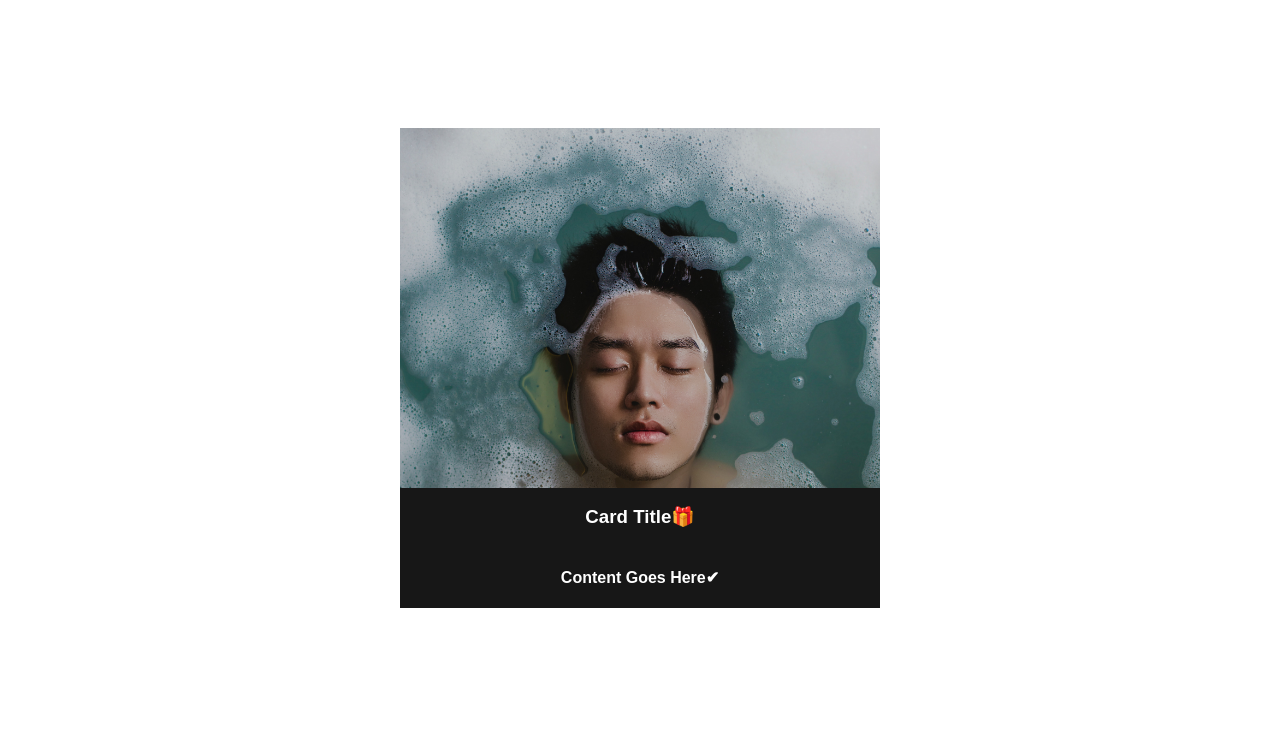
Repository: DevMike1993/100_Projects_HTML_CSS_JAVASCRIPT
Page: 07_Creative_Image_Hover_Effect/02_Effect/index.html
The author's editor kept a copy of each file at every save. The page is drawn from the files as they stood at one save, then again after a run of saves.
The browser window is 1280 px wide. The pictures show the whole page.
The pointer rests on the first visible `.container`.

Above is the page before, as saved 2023-11-30 12:05:26.

### 07_Creative_Image_Hover_Effect/02_Effect/index.html
<!DOCTYPE html>
<html lang="en">
<head>
    <meta charset="UTF-8">
    <meta name="viewport" content="width=device-width, initial-scale=1.0">
    <link rel="stylesheet" href="style.css">
    <title>Effect_02</title>
</head>
<body>
    <section class="container">
        <img src="hisu-lee-2qvxIr_DXGo-unsplash.jpg" />
        <article class="content">
            <h1>Card Title🎁</h1>
            <h4>Content Goes Here✔</h4>
        </article>
    </section>
</body>
</html>

### 07_Creative_Image_Hover_Effect/02_Effect/style.css
body {
    height: 100vh;
    display: flex;
    justify-content: center;
    align-items: center;
    font-family: sans-serif;
}

.container {
    width: 30rem;
    height: 30rem;
    position: relative;
    overflow: hidden;
}

.container img {
    width: 100%;
    transition: all 0.5s;
}

.content {
    position: absolute;
    bottom: 0;
    left: 0;
    height: 25%;
    width: 100%;
    /* center the content */
    display: flex;
    flex-direction: column;
    justify-content: center;
    align-items: center;
    color: #fff;
    transition: all 0.5s;
    background: rgb(23, 23, 23);
    transform: translateY(100%);
}

.container:hover .content {
    transform: translateY(0%);
}

.container:hover img {

}

After the next 3 saves:
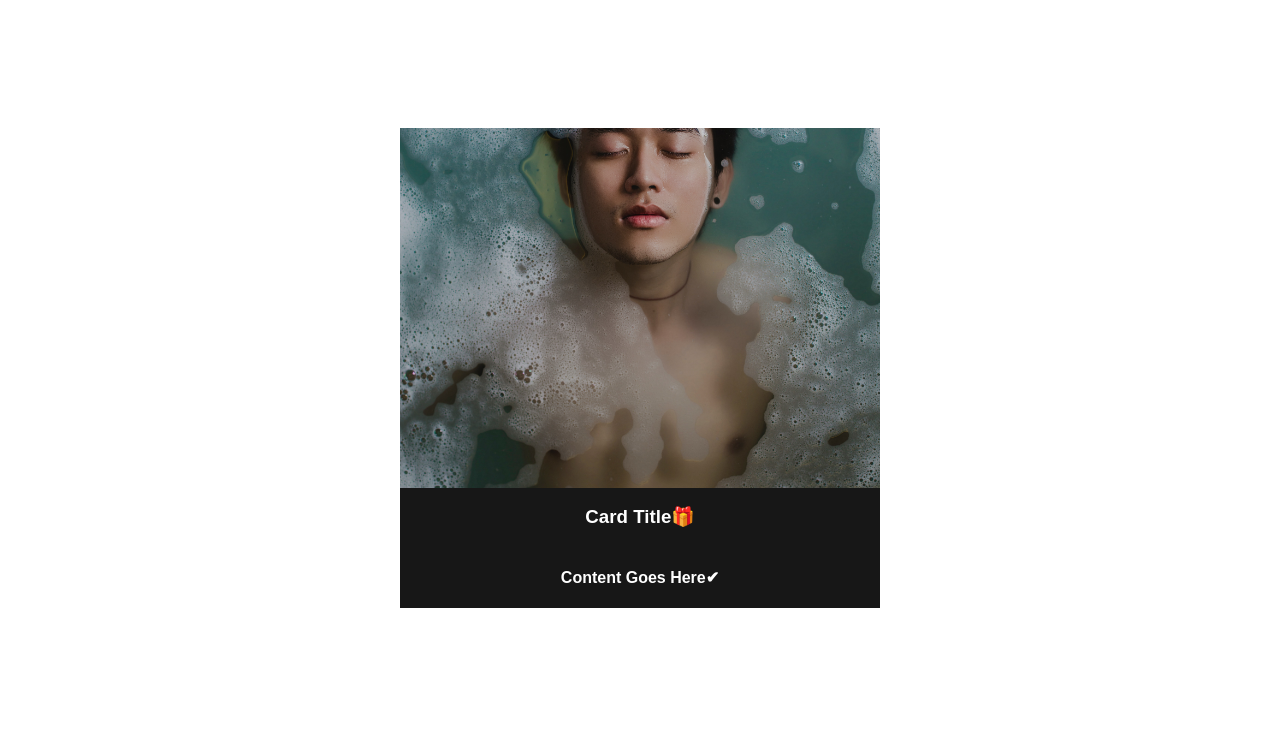
The 3 saves are shown as one change because they came seconds apart.
The last was saved 18 s later.
--- a/07_Creative_Image_Hover_Effect/02_Effect/style.css
+++ b/07_Creative_Image_Hover_Effect/02_Effect/style.css
@@ -40,5 +40,5 @@ body {
 }
 
 .container:hover img {
-
+    transform: translateY(-30%);
 }
